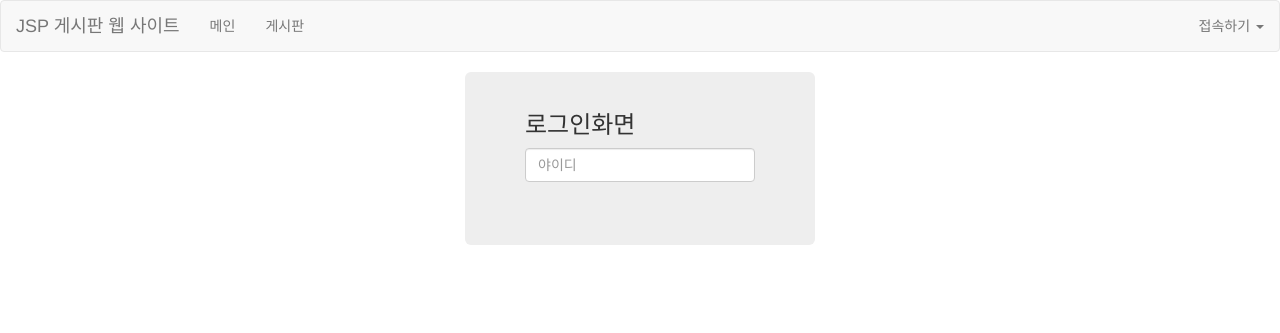
Repository: TheChok/BbsClone
Page: http://localhost/BBS/join.jsp
The author's editor kept a copy of each file at every save. The page is drawn from the files as they stood at one save, then again after the next save.
The browser window is 1280 px wide. The pictures show the whole page.
Some web libraries are served in a nearby version. The page is served by Tomcat 9. Other server files are loaded and not shown.

Above is the page before, as saved 2023-09-20 11:59:34.

### BBS/src/main/webapp/join.jsp
<%@ page language="java" contentType="text/html; charset=UTF-8" pageEncoding="UTF-8"%>
<!DOCTYPE html>
<html>
<head>
	<meta http-equiv="Content-Type" content="text/html; charset=UTF-8">
	<meta name="viewport" content="width=device-width", initial-scale="1">
	<link rel="stylesheet" href="css/bootstrap.css">
	<title>JSP 게시판 웹 사이트</title>

</head>
<body>

	<!-- navbar -->
	<nav class="navbar navbar-default">
		<div class="navbar-header">
			<button type="button" class="navbar-toggle"
				data-toggle="collapse" data-target="#bs-example-navbar-collapse-1"
				aria-expanded="false">
				<span class="icon-bar"></span>
				<span class="icon-bar"></span>
				<span class="icon-bar"></span>
			</button>
			<a class="navbar-brand" href="main.jsp">JSP 게시판 웹 사이트</a>
		</div>
		<div class="collapse navbar-collapse" id="bs-example-navbar-collapse-1">
			<ul class="nav navbar-nav">
				<li><a href="main.jsp">메인</a></li>
				<li><a href="bbs.jsp">게시판</a></li>
			</ul>
			<ul class="nav navbar-nav navbar-right">
				<li class="dropdown">
					<a href="#" class="dropdown-toggle"
						data-toggle="dropdown" role="button" aria-haspopup="true"
						aria-expanded="false">
						접속하기
						<span class="caret"></span>
					</a>
					<ul class="dropdown-menu">
						<li class="active">
							<a href="login.jsp">로그인</a>
						</li>
						<li>
							<a href="join.jsp">회원가입</a>
						</li>
					</ul>
				</li>
			</ul>
		</div>
	</nav>
	<!-- End - navbar -->

	<!-- container -->
	<div class="container">
		<div class="col-lg-4"></div>
		<div class="col-lg-4">
			<div class="jumbotron" style="padding-top:20px;">
				<form method="post" action="loginAction.jsp">
					<h3 style="text-aligh:center;">로그인화면</h3>
					<div class="form-group">
						<input type="text" class="form-control" placeholder="야이디" name="userID" maxlength="20" />
					</div>
				</form>
			</div>
		</div>
	</div>



	<script src="https://code.jquery.com/jquery-3.1.1.min.js"></script>
	<script src="js/bootstrap.js"></script>
</body>
</html>

Loaded but not shown: BBS/src/main/webapp/css/bootstrap.css (library); BBS/src/main/webapp/js/bootstrap.js (library)

After the next save:
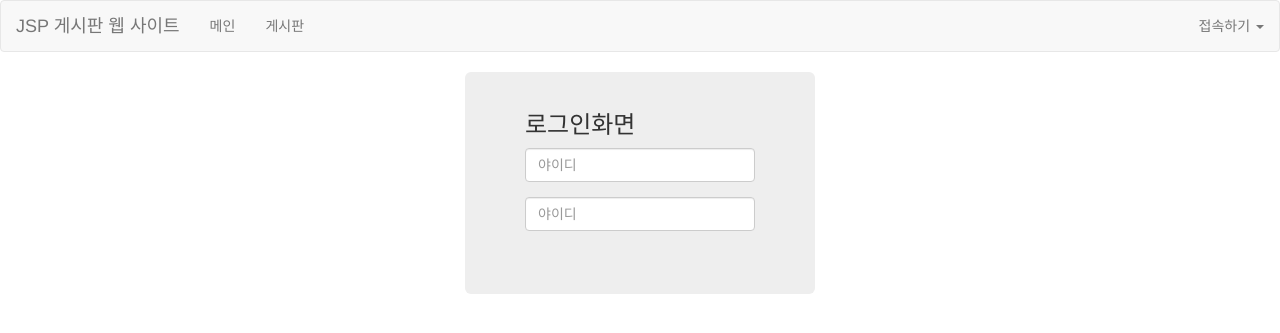
Saved 30 s later.
--- a/BBS/src/main/webapp/join.jsp
+++ b/BBS/src/main/webapp/join.jsp
@@ -59,6 +59,9 @@
 					<div class="form-group">
 						<input type="text" class="form-control" placeholder="야이디" name="userID" maxlength="20" />
 					</div>
+					<div class="form-group">
+						<input type="password" class="form-control" placeholder="야이디" name="userID" maxlength="20" />
+					</div>
 				</form>
 			</div>
 		</div>
